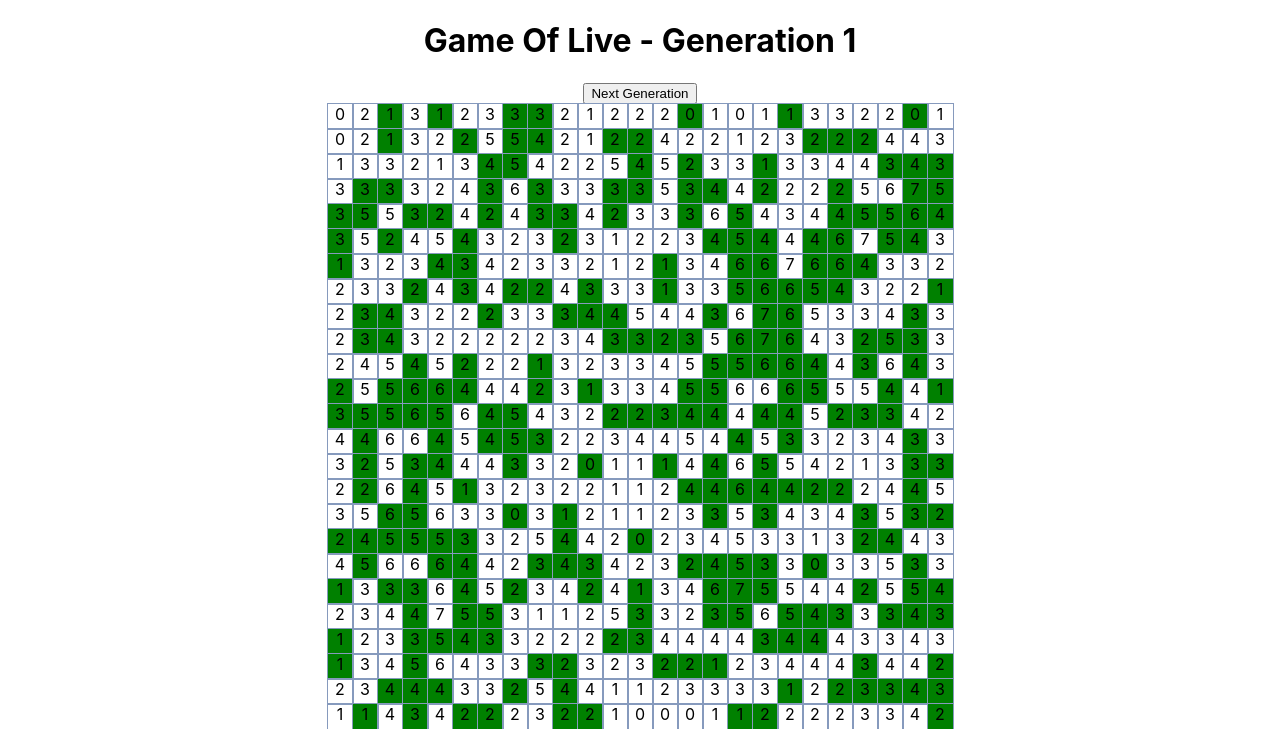
Repository: cfaguilera20/gol
Page: /
The author's editor kept a copy of each file at every save. The page is drawn from the files as they stood at one save, then again after the next save.
The browser window is 1280 px wide. The pictures show the whole page.
The project was rebuilt for these pictures with package versions that can differ from the ones it lists, and the page was loaded fresh each time.

Above is the page before, as saved 2021-07-25 12:45:56.

### src/App.js
import './App.css';

import Board from './components/Board.jsx';

function App() {
    return (
        <div className="App">
            <Board />
        </div>
    );
}

export default App;

### src/components/Board.jsx
import React, { useState } from 'react';
import './Board.css';

const WORLD_SIZE = 25;
const WORLD_POPULATION = Math.round(WORLD_SIZE * WORLD_SIZE * 0.25);

const Board = (props) => {
    const [world, setWorld] = useState(
        createWorld(WORLD_SIZE, WORLD_POPULATION)
    );
    const [generation, setGeneration] = useState(1);

    const onNextGeneration = () => {
        setGeneration(generation + 1);
        world.nextGeneration();
    };

    return (
        <>
            <h1>Game Of Live - Generation {generation}</h1>
            <button onClick={onNextGeneration}>Next Generation</button>
            <div className="world">
                {world.board.map((row, rowIdx) => (
                    <div key={rowIdx} className="row">
                        {row.map((cell, cellIdx) => {
                            const className = cell.getColor();
                            const neighborsAlive =
                                cell.getNeighborsAliveCounter();
                            return (
                                <div key={cellIdx} className={className}>
                                    {neighborsAlive}
                                </div>
                            );
                        })}
                    </div>
                ))}
            </div>
        </>
    );
};

class Cell {
    constructor(world, x, y, isAlive) {
        this.world = world;
        this.x = x;
        this.y = y;
        this.isAlive = isAlive;
    }

    getNeighbors() {
        return this.world.getNeighbors(this.x, this.y);
    }

    getNeighborsAlive() {
        return this.getNeighbors().filter((cell) => cell.isAlive === 1);
    }

    getNeighborsAliveCounter() {
        return this.getNeighborsAlive().length;
    }

    getColor() {
        return this.isAlive ? 'cell cell-green' : 'cell';
    }

    nextGeneration() {
        return this.getNeighborsAliveCounter() > 2;
    }
}

class World {
    constructor(size, population) {
        this.size = size;
        this.population = population;
        this.currentPopulation = 0;
        this.board = [];
        this.createBoard();
    }

    createBoard() {
        for (let y = 0; y < this.size; y++) {
            this.board[y] = [];
            for (let x = 0; x < this.size; x++) {
                const isAlive = Math.round(Math.random());
                this.board[y][x] = new Cell(this, x, y, isAlive);
                this.population++;
            }
        }
    }

    getNeighbors(x, y) {
        const neighbors = [];
        const neighborsIdx = [
            [1, 0],
            [-1, 0],
            [0, 1],
            [0, -1],
            [1, 1],
            [1, -1],
            [-1, 1],
            [-1, -1],
        ];
        neighborsIdx.forEach(([dx, dy]) => {
            const [nx, ny] = [x + dx, y + dy];
            if (nx >= 0 && nx < this.size && ny >= 0 && ny < this.size) {
                neighbors.push(this.board[ny][nx]);
            }
        });
        return neighbors;
    }

    nextGeneration() {
        const nextBoard = [];
        for (let y = 0; y < this.size; y++) {
            nextBoard[y] = [];
            for (let x = 0; x < this.size; x++) {
                const cell = this.board[y][x];
                const isAlive = cell.isAlive;
                const nextIsAlive = cell.nextGeneration();
                nextBoard[y][x] = new Cell(this, x, y, nextIsAlive);
                this.currentPopulation += nextIsAlive - isAlive;
            }
        }

        this.board = nextBoard;
    }
}

const createWorld = (WORLD_SIZE, WORLD_POPULATION) => {
    const board = new World(WORLD_SIZE, WORLD_POPULATION);
    return board;
};

export default Board;

### src/components/Board.css
.row {
    height: 25px;
}

.cell {
    width: 25px;
    height: 25px;
    outline: 1px solid rgb(134, 154, 189);
    display: inline-block;
}

.cell-green {
    background-color: green;
}

.cell-red {
    background-color: red;
}

.cell-purple {
    background-color: purple;
}

Loaded but not shown: public/index.html (common file); src/index.js (common file); src/index.css (common file); src/reportWebVitals.js (common file); src/App.css (common file)

After the next save:
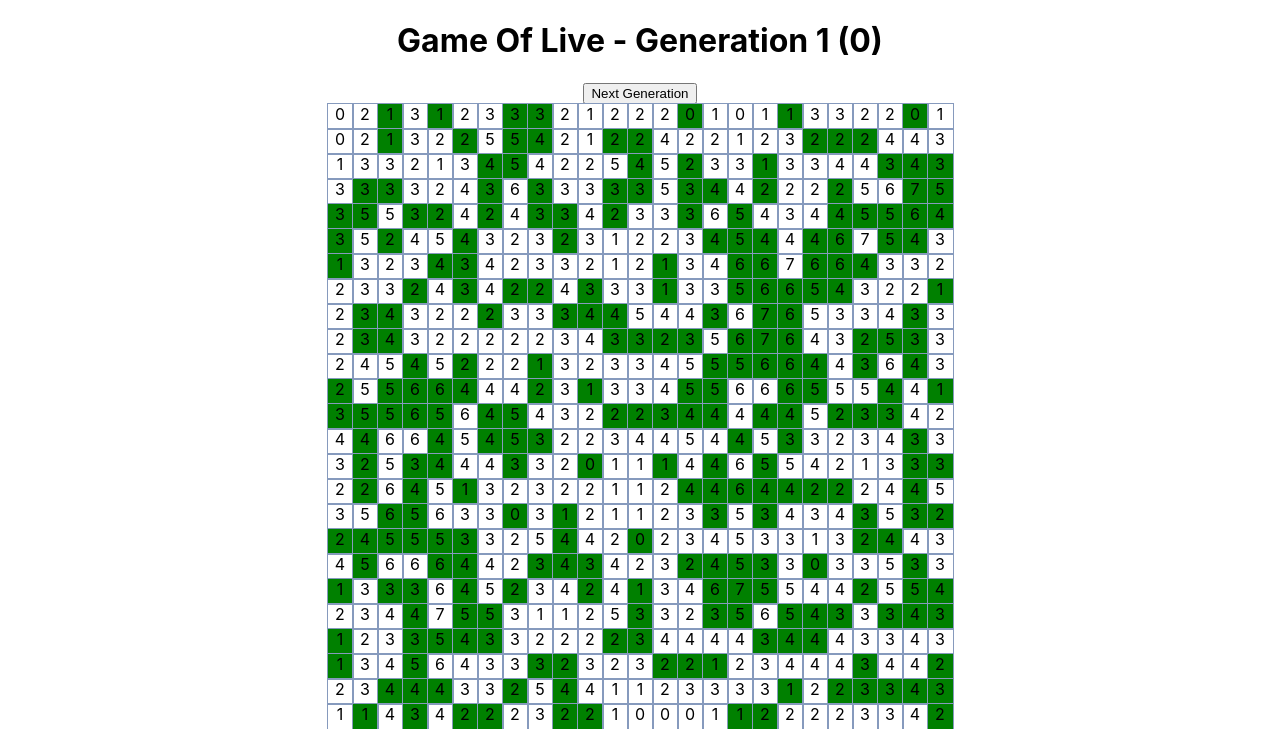
Saved 79 s later.
--- a/src/components/Board.jsx
+++ b/src/components/Board.jsx
@@ -17,7 +17,7 @@ const Board = (props) => {
 
     return (
         <>
-            <h1>Game Of Live - Generation {generation}</h1>
+            <h1>Game Of Live - Generation {generation} ({world.currentPopulation})</h1>
             <button onClick={onNextGeneration}>Next Generation</button>
             <div className="world">
                 {world.board.map((row, rowIdx) => (
